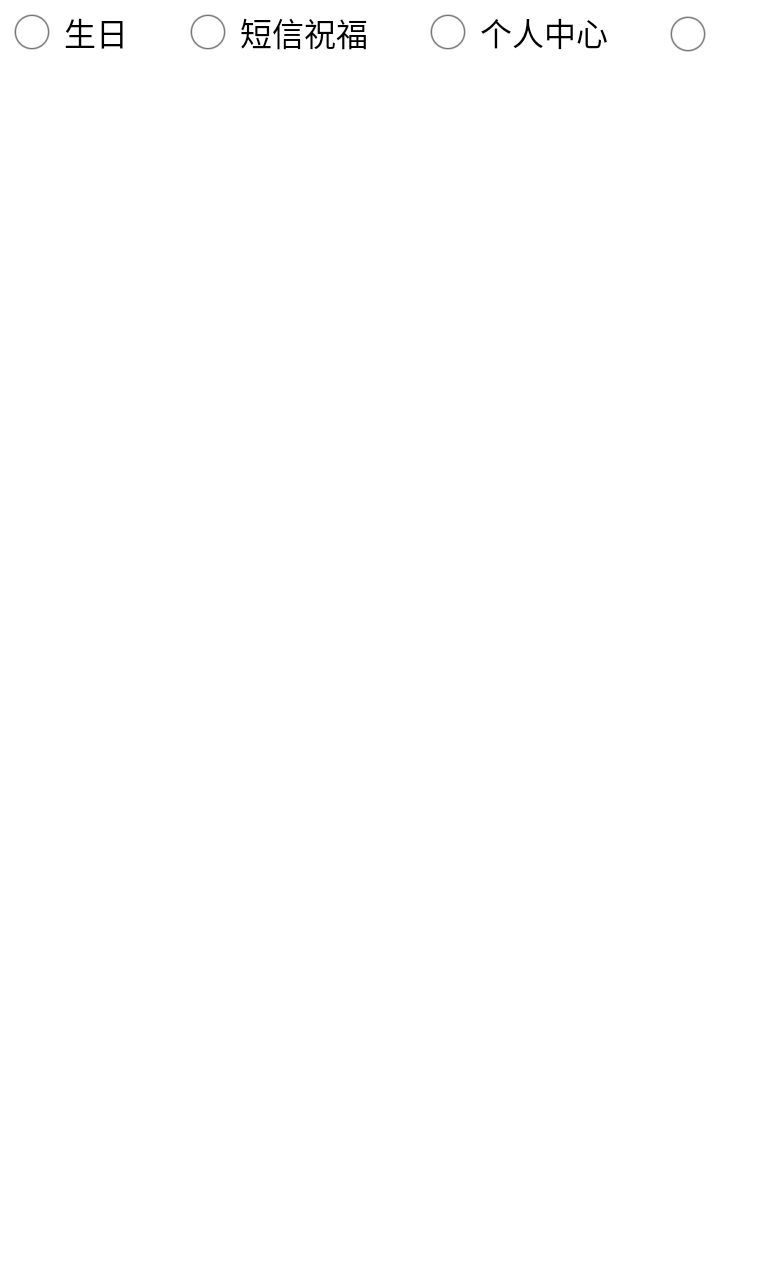
Repository: stone-jin/birthday
Layout: 1/res/layout/mainactivity_tabs.xml
An editor plug-in stored every save of this project. The layout is shown before and after the next save, followed by the edit.
It is drawn on a 768 x 1280 px phone screen (xhdpi) without system bars, with theme AppTheme; the app's code is not run.

Above is the layout before, as saved 2014-04-22 15:06:34.

### 1/res/layout/mainactivity_tabs.xml
<?xml version="1.0" encoding="utf-8"?>
<LinearLayout xmlns:android="http://schemas.android.com/apk/res/android"
    android:layout_width="match_parent"
    android:layout_height="wrap_content"
    android:orientation="horizontal"
    >

    <RadioGroup
        android:layout_width="fill_parent"
        android:layout_height="wrap_content"
        android:orientation="horizontal"
        >

        <RadioButton
            android:layout_width="wrap_content"
            android:layout_height="wrap_content"
            android:layout_weight="1"
            android:text="生日"
            />

        <RadioButton
            android:layout_width="wrap_content"
            android:layout_height="wrap_content"
            android:layout_weight="1"
            android:text="短信祝福"
            />

        <RadioButton
            android:layout_width="wrap_content"
            android:layout_height="wrap_content"
            android:layout_weight="1"
            android:text="个人中心"
            />

        <RadioButton
            android:layout_width="wrap_content"
            android:layout_height="wrap_content"
            android:layout_weight="1"
            />

    </RadioGroup>

</LinearLayout>

Loaded but not shown: 1/res/values/styles.xml (common file); 1/res/values-v11/styles.xml (common file); 1/res/values-v14/styles.xml (common file)

After the next save:
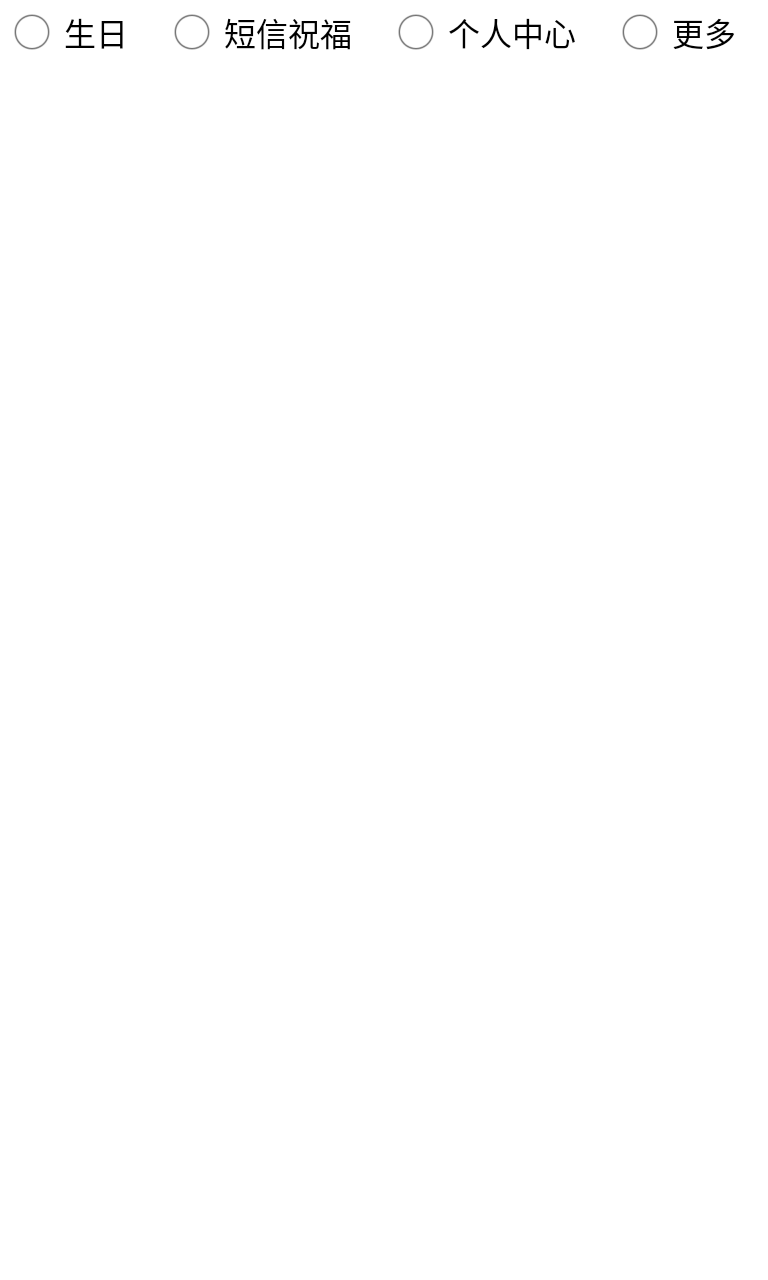
Saved 10 s later.
--- a/1/res/layout/mainactivity_tabs.xml
+++ b/1/res/layout/mainactivity_tabs.xml
@@ -36,6 +36,7 @@
             android:layout_width="wrap_content"
             android:layout_height="wrap_content"
             android:layout_weight="1"
+            android:text="更多"
             />
 
     </RadioGroup>
